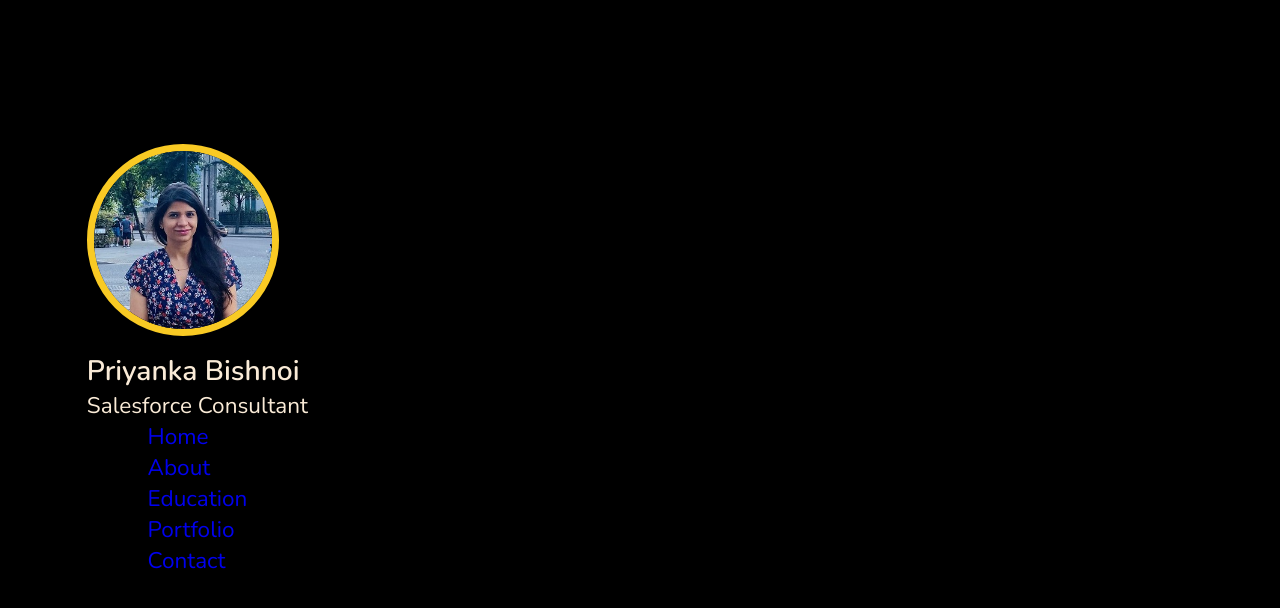
Repository: priyanka-bishnoi/PortfolioPage
Page: MyPage.html
An editor plug-in stored every save of this project. The page is shown before and after the next save, followed by the edit.
The browser window is 1280 px wide. The pictures show the whole page.

Above is the page before, as saved 2022-10-08 15:51:12.

### MyPage.html
<!DOCTYPE html>
<html>
<head>
    <link rel="stylesheet" href="css/style.css">
<style>
body {
  background-color: black;
}
</style>
</head>
<body>
<header>
    <div class= "user">
        <img src="Background1.jpg"/>
        <h1 class="name" >Priyanka Bishnoi</h1>
        <p class="post" >Salesforce Consultant</p>
    </div>

    <nav class="navBar">
        <ul>
            <li> <a href="#home">Home</a></li>
            <li> <a href="#about">About</a></li>
            <li> <a href="#education">Education</a></li>
            <li> <a href="#portfolio">Portfolio</a></li>
            <li> <a href="#contact">Contact</a></li>

        </ul>


    </nav>


</header>
</body>
</html>

### css/style.css
@import url('https://fonts.googleapis.com/css2?family=Nunito:wght@200;300;400;600&display=swap');
:root{
    --yellow:#f9ca24;
}
*{
    font-family: 'Nunito', sans-serif;
    margin:0;
    padding:0;
    box-sizing:border-box;
    text-decoration:none;
    text-transform:capitalize;
    transition:all .2s linear;
}
html {
    font-size:70.5%;
    overflow-x:hidden;
}
body {
    background:black;
    overflow-x: hidden;
}
header {
    position:fixed;
    top:0; left:0;
    z-index:1000;
    height:100%;
    width:35rem;
    background:black;
    display:flex;
    flex-direction: column;
    flex-wrap: wrap;
    align-items:center;
    justify-content: center;
}
body{
    background: #111;
}
header .user img {
    height: 17rem;
    width: 17rem;
    border-radius: 50%;
    object-fit: cover;
    margin-bottom: 1rem;
    border: 0.7rem solid var(--yellow);
}
header .user .name {
    font-size: 2.5rem;
    color: antiquewhite;
}
header .user .post{
    font-size: 2rem;
    color: antiquewhite;
}

header .navBar {
    font-size : 2rem;
    align-items: flex-start;
}

After the next save:
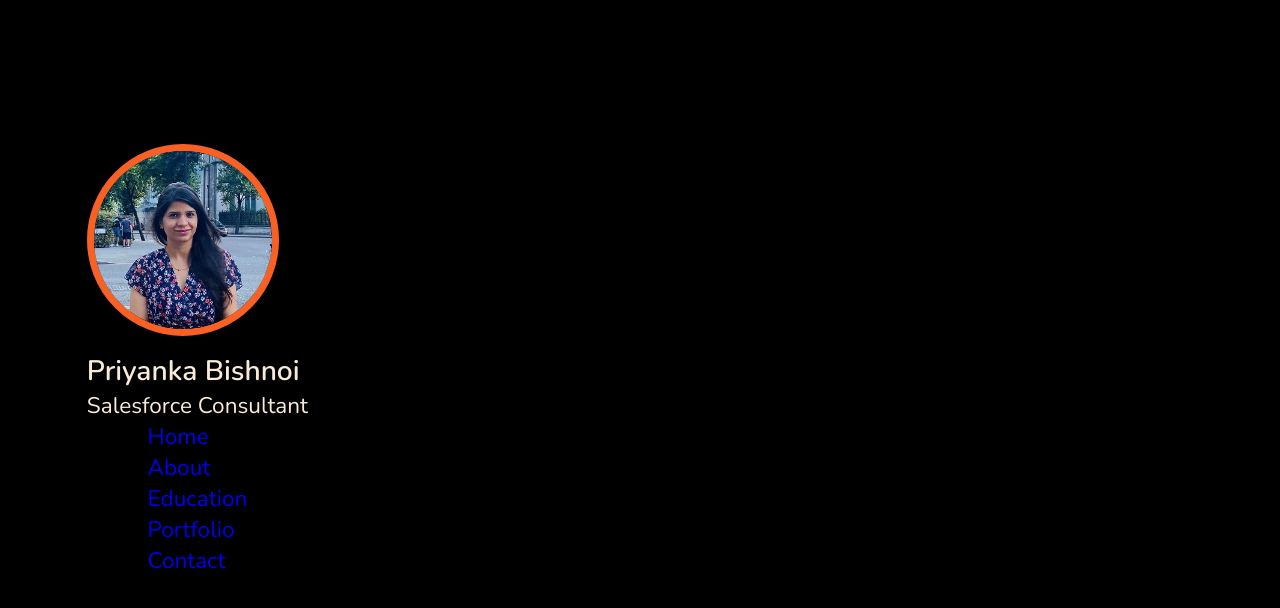
Saved 23 s later.
--- a/css/style.css
+++ b/css/style.css
@@ -1,6 +1,6 @@
 @import url('https://fonts.googleapis.com/css2?family=Nunito:wght@200;300;400;600&display=swap');
 :root{
-    --yellow:#f9ca24;
+    --yellow:#f96024;
 }
 *{
     font-family: 'Nunito', sans-serif;
